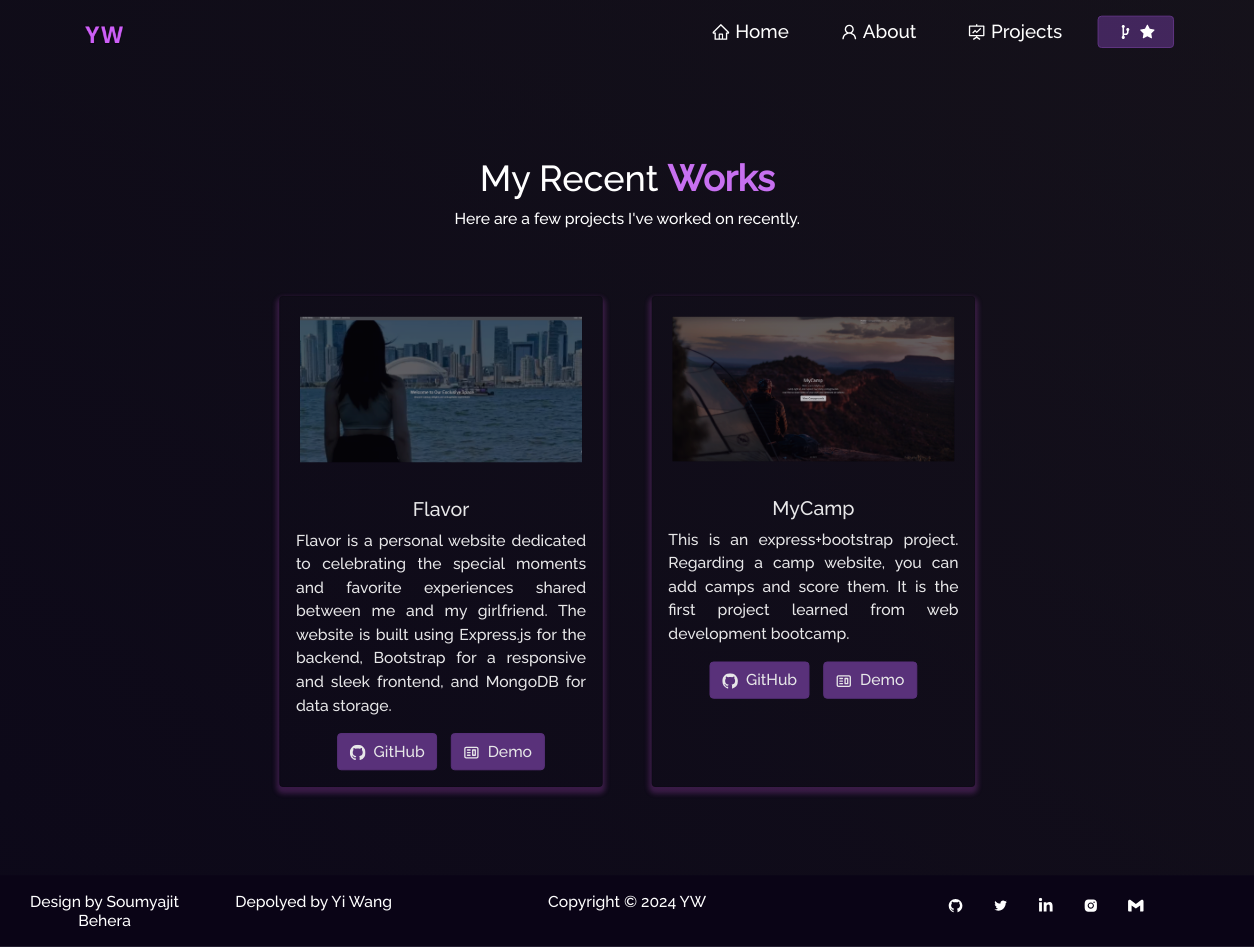
Repository: YiWang24/Portfolio
Page: /project
An editor plug-in stored every save of this project. The page is shown before and after the next save, followed by the edit.
The browser window is 1280 px wide. The pictures show the whole page, at 98% of full size.
The project was rebuilt for these pictures with package versions that can differ from the ones it lists, and the page was loaded fresh each time. Also part of the build but not shown: src/components/Home/Home2.js, src/components/Home/Type.js, src/components/Home/Home.js, src/components/About/Github.js, src/components/About/Techstack.js, src/components/About/AboutCard.js, src/components/About/Toolstack.js, src/components/About/About.js and 1 more. Imported but missing from the stored project, and not drawn on this page: src/Assets/Soumyajit_Behera-BIT_MESRA.pdf.

Above is the page before, as saved 2024-09-19 22:25:03.

After the next save:
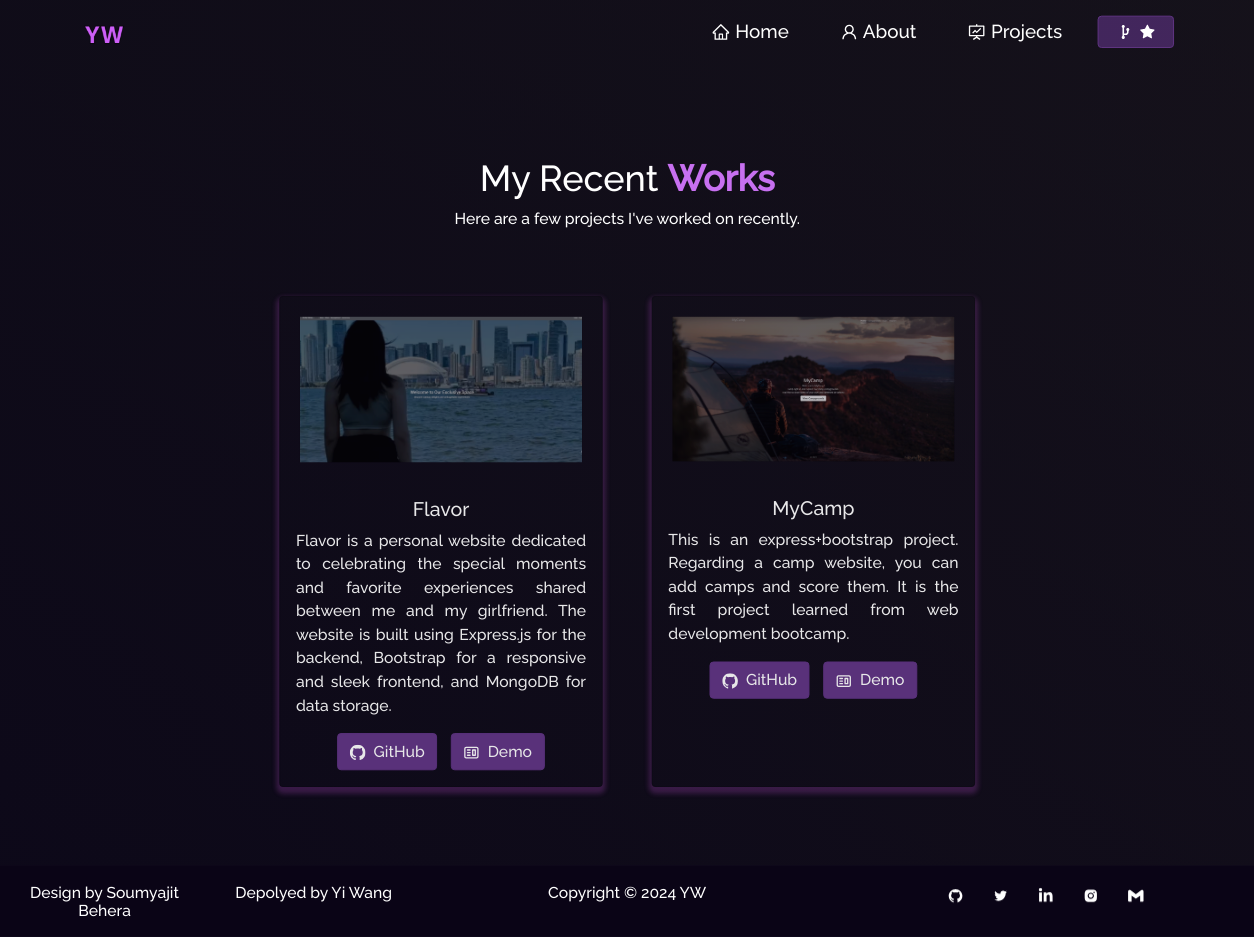
Saved 7 s later.
--- a/src/components/Projects/Projects.js
+++ b/src/components/Projects/Projects.js
@@ -16,7 +16,7 @@
         <p style={{ color: "white" }}>
           Here are a few projects I've worked on recently.
         </p>
-        <Row style={{ justifyContent: "center", paddingBottom: "10px" }}>
+        <Row style={{ justifyContent: "center", paddingBottom: "0px" }}>
           <Col md={4} className="project-card">
             <ProjectCard
               imgPath={flavor}

After the save that followed:
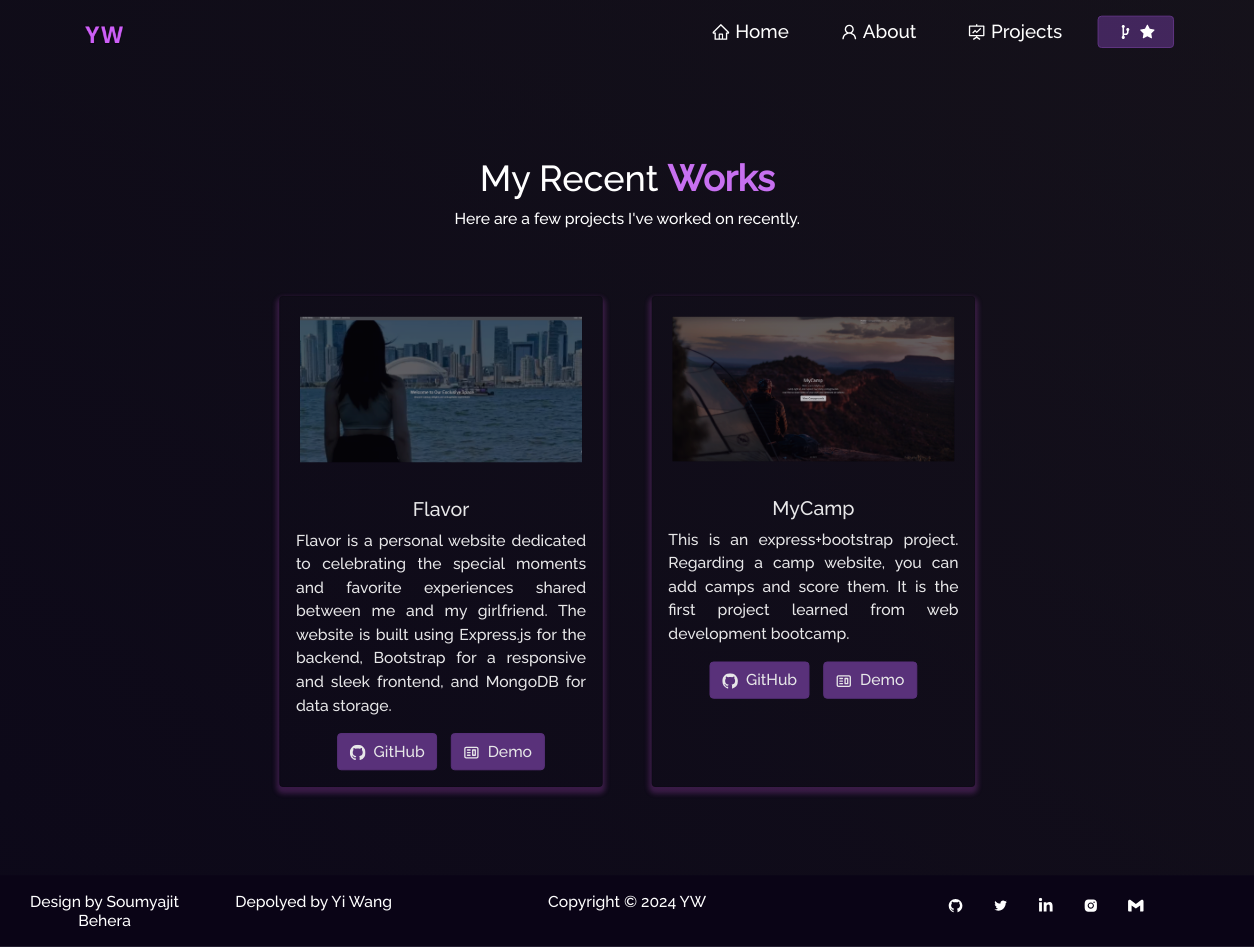
Saved 7 s later.
--- a/src/components/Projects/Projects.js
+++ b/src/components/Projects/Projects.js
@@ -16,7 +16,7 @@
         <p style={{ color: "white" }}>
           Here are a few projects I've worked on recently.
         </p>
-        <Row style={{ justifyContent: "center", paddingBottom: "0px" }}>
+        <Row style={{ justifyContent: "center", paddingBottom: "10px" }}>
           <Col md={4} className="project-card">
             <ProjectCard
               imgPath={flavor}
